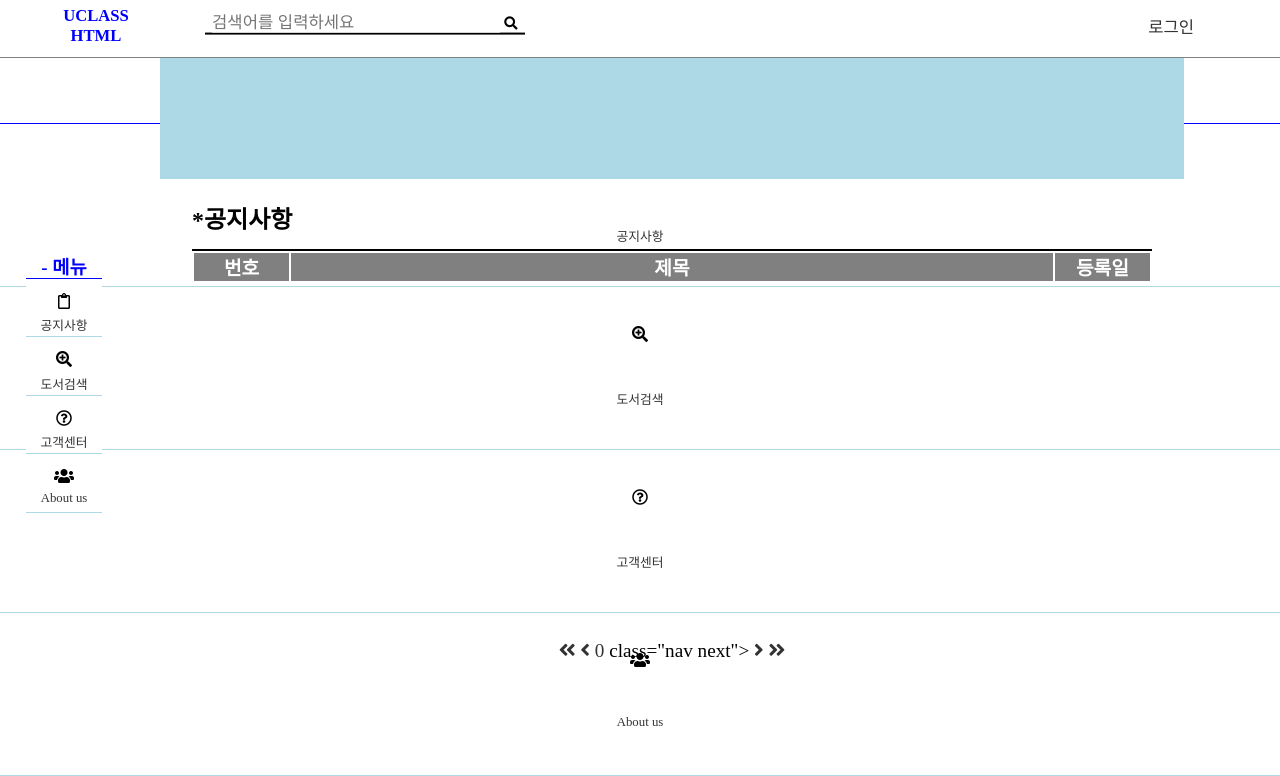
Repository: madhandz5/MyJavaPractice
Page: http://localhost/servletBM/WEB-INF/views/board/boardList.jsp
The author's editor kept a copy of each file at every save. The page is drawn from the files as they stood at one save, then again after the next save.
The browser window is 1280 px wide. The pictures show the whole page.
The page is served by Tomcat 9. Nobody is signed in. Other server files are loaded and not shown. The template is opened directly, without the code that normally fills it, so the values that code supplies are empty.

Above is the page before, as saved 2020-04-22 10:55:56.

### JS_HTML/servletBM/WebContent/WEB-INF/views/board/boardList.jsp
<%@ page language="java" contentType="text/html; charset=UTF-8"
	pageEncoding="UTF-8"%>
<%@ taglib prefix="c" uri="http://java.sun.com/jsp/jstl/core"%>

<!DOCTYPE html>
<html>
<head>
<meta charset="UTF-8">
<title>Insert title here</title>
<meta charset="UTF-8">
<link rel="stylesheet" href="resources/css/common.css" />
<link rel="stylesheet" href="resources/css/icon/all.css" />
<link rel="stylesheet" media="screen and (min-width: 1100px)"
	href="resources/css/Web.css" />
<title>Document</title>
<%@ include file="../include/header.jsp"%>
</head>
<body>
	<%@include file="../include/top.jsp"%>
	<%@include file="../include/floatDiv.jsp"%>
	<div class="content">
		<div class="topWrapper">
			<div class="top">
				<div class="topLogo">
					<b>UCLASS <br>HTML
					</b>
				</div>
				<div class="topSearchBar">
					<input Type="text" placeholder="검색어를 입력하세요">
					<button value="" class="">
						<i class="fas fa-search" style="color: black"></i>
					</button>
				</div>
				<div class="topLogin">
					<a href="login.html">로그인</a>
				</div>
			</div>
		</div>
		<div class="floatdiv">
			<!-- lnb -->
			<h3 class="subject">
				<span> - 메뉴</span>
			</h3>
			<ul class="fdlist">
				<!-- d1 -->
				<li class="d1"><i class="far fa-clipboard"></i> <a href="#!"><span>공지사항</span></a>
				</li>
				<li class="d1"><i class="fas fa-search-plus"></i> <a href="#!"><span>도서검색</span></a>
				</li>
				<li class="d1"><i class="far fa-question-circle"></i> <a
					href="#!"><span>고객센터</span></a></li>
				<li class="d1"><i class="fas fa-users"></i> <a href="#!"><span>About
							us</span></a></li>
			</ul>
			<!-- // d1 -->
		</div>
		<div class="Menu">
			<div class="MenuBox"></div>
		</div>
		<div class="notice">
			<h2>
				<span>*공지사항</span>
			</h2>

		</div>
		<div class="search-box">
			<table class="noticelist">
				<caption></caption>
				<thead>
					<tr>
						<th style="width: 10%; height: 20%;"><span>번호</span></th>
						<th style="width: 80%;"><span>제목</span></th>
						<th style="width: 10%;"><span>등록일</span></th>
					</tr>
				</thead>
				<tbody>
					<c:forEach items="${data.nData }" var="notice">
						<tr>
							<td class="num"><strong class="warning">${notice.noticeNo }</strong></td>
							<td class="subject"><a
								href="/servletBM/notice/noticedetail.do?noticeNo=${notice.noticeNo }">${notice.noticeTitle }
							</a></td>
							<td class="date">${notice.noticeDate }</td>
						</tr>
					</c:forEach>
				</tbody>
			</table>
			<div class="paging">
				<!-- section pagination -->
				<a href="/servletBM/notice/noticelist.do" class="nav first"><i
					class="fas fa-angle-double-left"></i></a> <a
					href="/servletBM/notice/noticelist.do?cPage=${data.paging.blockStart-1 }"
					class="nav prev"><i class="fas fa-angle-left"></i></a>
				<c:forEach begin="${data.paging.blockStart }"
					end="${data.paging.blockEnd }" var="page">
					<a href="/servletBM/notice/noticelist.do?cPage=${page}"
						class="num active"><span>${page }</span></a>
					class="nav next">

					</c:forEach>

				<a
					href="/servletBM/notice/noticelist.do?cPage=${data.paging.blockEnd+1 }"
					class="nav next"><i class="fas fa-angle-right"></i></a> <a
					href="/servletBM/notice/noticelist.do?cPage=${data.paging.lastPage }"
					"
					class="nav last"><i class="fas fa-angle-double-right"></i></a>
			</div>
			<!-- // section pagination -->

		</div>

	</div>
</body>
</html>

### JS_HTML/servletBM/WebContent/WEB-INF/views/include/header.jsp
<%@ page language="java" contentType="text/html; charset=UTF-8"
	pageEncoding="UTF-8"%>
<%@ taglib prefix="c" uri="http://java.sun.com/jsp/jstl/core"%>

<!DOCTYPE html PUBLIC "-//W3C//DTD HTML 4.01 Transitional//EN" "http://www.w3.org/TR/html4/loose.dtd">
<html>
<head>
<meta charset="UTF-8">
<!--viewport: 모바일브라우저에서 사용하는 가상의 window
  	데스크탑의 사이트를 모바일에 표시하려고 하면 좁은 모바일 화면에 사이트를 표시하려다 보니
  	요소들의 크기가 작아져 사용자가 사용하기 불편해진다. 확대해서 보든가 해야함...
  	이때 viewport메타태그를 이용하면 너비나 배율을 조정할 수 있다.
  	width: 넓이
  	initial-scale : 배율
  	웹환경에서는 무시되는 태그이다.
    -->
<meta name="viewport" content="width=device-width, initial-scale=2.0">
<link rel="stylesheet" href="/servletBM/resources/css/common.css" />
<!--
		orientation:portrait //단말기 세로방향
		orientation:landscape //단말기 가로방향

		min-aspect-ratio : 최소 화면 비율
		max-aspect-ratio : 최대 화면 비율

		브라우저화면상에서는 깨져서 나옴 ㅠㅠ 하지마셈
	 -->
<link rel="stylesheet" media="screen and (min-aspect-ratio:4/3) "
	href="/servletBM/resources/css/web.css" />
<link rel="stylesheet" media="screen and (max-aspect-ratio:4/3)"
	href="/servletBM/resources/css/Mob.css" />
<link rel="stylesheet" href="/servletBM/resources/css/icon/all.css" />

### JS_HTML/servletBM/WebContent/WEB-INF/views/include/top.jsp
<%@ page language="java" contentType="text/html; charset=UTF-8"
	pageEncoding="UTF-8"%>
<%@ taglib prefix="c" uri="http://java.sun.com/jsp/jstl/core"%>

<!DOCTYPE html PUBLIC "-//W3C//DTD HTML 4.01 Transitional//EN" "http://www.w3.org/TR/html4/loose.dtd">
<html>
<head>
<meta http-equiv="Content-Type" content="text/html; charset=UTF-8">
<title>Insert title here</title>
</head>
<body>
	<header class="topWrapper">
	<div class="top">
		<div class="topLogo">
			<b>UCLASS <br>HTML
			</b>
		</div>

		<div class="topSearchBar">
			<form action="<%=request.getContextPath()%>/book/booksearch.do">
				<input Type="text" name="searchBook" placeholder="검색어를 입력하세요">
				<button value="" class="">
					<i class="fas fa-search" style="color: black"></i>
				</button>
			</form>
		</div>

		<c:if test="${sessionScope.loginInfo == null }">
			<div class="topLogin">
				<a href="/servletBM/member/login.do">로그인</a> / <a
					href="/servletBM/member/join.do">회원가입</a>
			</div>
		</c:if>
		<c:if test="${sessionScope.loginInfo != null }">
			<div class="topLogin">
				<a href="/servletBM/mypage/mypage.do">${sessionScope.loginInfo.m_id }님
					환영합니다. MyPage</a> / <a href="/servletBM/member/logoutimple.do">Logout</a>
			</div>
		</c:if>
	</div>
	</header>
</body>
</html>

### JS_HTML/servletBM/WebContent/WEB-INF/views/include/floatDiv.jsp
<%@ page language="java" contentType="text/html; charset=UTF-8"
	pageEncoding="UTF-8"%>
<%@ taglib prefix="c" uri="http://java.sun.com/jsp/jstl/core"%>

<!DOCTYPE html PUBLIC "-//W3C//DTD HTML 4.01 Transitional//EN" "http://www.w3.org/TR/html4/loose.dtd">
<html>
<head>
<meta http-equiv="Content-Type" content="text/html; charset=UTF-8">
<title>Insert title here</title>
</head>
<body>
	<aside class="floatdivWrapper">
	<div class="floatdiv">
		<!-- lnb -->
		<h3 class="subject">
			<span> - 메뉴</span>
		</h3>
		<ul class="fdlist">
			<!-- d1 -->
			<li class="d1"><i class="far fa-clipboard"></i> <a
				href="/servletBM/notice/noticewrite.do"><span>공지사항</span></a></li>
			<li class="d1"><i class="fas fa-search-plus"></i> <a href="#!"><span>도서검색</span></a>
			</li>
			<li class="d1"><i class="far fa-question-circle"></i> <a
				href="#!"><span>고객센터</span></a></li>
			<li class="d1"><i class="fas fa-users"></i> <a href="#!"><span>About
						us</span></a></li>
		</ul>
		<!-- // d1 -->
	</div>
	</aside>

### JS_HTML/servletBM/WebContent/resources/css/common.css
	html,body{
		margin:0%;
		padding:0;
		height:100%;
	}

	h1, h2, h3, h4, h5, h6, dl, dt, dd, ul, li, ol, th, td, p, blockquote,form,fieldset, legend, input
	{
   		margin: 0;
    	padding: 0;
		border:none;
	}


	/* reset */
	body,div,dl,dt,dd,ul,ol,li,h1,h2,h3,h4,h5,h6,pre,code,form,fieldset
	,legend,textarea,p,blockquote,th,td,input,select,textarea,button,nav,section,footer,aside
	{margin:0;padding:0; position:relative;}
	fieldset,img {border:0 none}
	dl,ul,ol,menu,li {list-style:none}
	blockquote, q {quotes: none}
	blockquote:before, blockquote:after,q:before, q:after {content:'';content:none}
	input,select,textarea,button {vertical-align:middle}
	button {border:0 none;background-color:transparent;cursor:pointer; outline: 0; }
	a {color:#333;text-decoration:none;}
	a:active, a:hover {text-decoration:none;}
	address,caption,cite,code,dfn,em,var {font-style:normal;font-weight:normal}

	form{width:100%; height:100%;}

	div{
		color: black;
		text-align: center;
		box-sizing: border-box;
	/* 	box-shadow:
			1px 0 0 0 grey,
			0 1px 0 0 grey,
			1px 1px 0 0 grey,
			1px 0 0 0 grey inset,
			0 1px 0 0 grey inset;	  */
	}

	.topWrapper{
		top:0%;
		height:8%;
		width:100%;
		position:fixed;
		z-index:999;
	}

	.top{
		position:absolute;
		top:0%;
		width:100%;
		height: 100%;
		overflow: hidden;
		z-index:1;
		background-color: white;
		font-size:1.3vw;
		margin-right: 1%;
		border-bottom:1px solid grey;
	}

	.top .topLogo{
		top:10%;
		width: 15%;
		height:100%;
		float:left;
		color:blue;
	}

	.top .topSearchBar{
		width: 25%;
		float:left;
		transform: translateY(50%);
		margin-left:1%;
		border-bottom:2px solid;
		min-width:100px;
	}

	.topSearchBar input[type=text]{
		width: 90%;
		height:90%;
		font-size:1.3vw;
	}

	.top .topLogin{
		float: right;
		width: 15%;
		height:50%;
		margin-right:1%;
		transform: translateY(50%);
	}

	.top .topLogOut{
		float: right;
		width: 22%;
		height:50%;
		margin-right:1%;
		transform: translateY(50%);
	}

### JS_HTML/servletBM/WebContent/resources/css/web.css
	.content{
		height:100%;
		width:100%;
	}

	.floatdivWrapper{
		position:fixed;
		width:6%;
		padding-top:20%;
		left:2%; /* 창에서 오른쪽 길이 */
		top:35%; /* 창에서 위에서 부터의 길이 */
		z-index:999;

	}

	.floatdiv{
		position:absolute;
		width:100%;
		height:100%;
		background-color:white;
		top:0%;
	}

	.floatdiv h3{
		width:100%;
		height:10%;
		color:blue;
		border-bottom:1px solid blue;
	}

	.floatdiv ul{
		width:100%;
		height:90%;
		padding:0%;
	}

	.floatdiv .d1{
		width:100%;
		height:25%;
		border-bottom:1px solid lightblue;
	}

	.d1 i{
		display:block;
		transform:translateY(40%);
		height:60%;
	}

	.d1 a{
		display:block;
		transform:translateY(10%);
		height:30%;
		font-size:1vw;

	}

	.floatdiv li:hover {
		background-color:lightblue;
	}

	.middle{
		width : 100%;
		top:8%;
		padding-top:40%;
		background-image : url('../image/mainBanner.jpg');
		background-repeat: no-repeat;
		background-size: cover;
	}

	.siteTitleWrapper{
		position:absolute;
		width:60%;
		padding-top:25%;
		float:left;
		left: 20%;
		top:20%;
	}

	.sitetitle{
		height:30%;
		font-size : 5vw;
		transform: translateY(100%);
	}

	.siteTitle{
		position:absolute;
		width:100%;
		height:100%;
		background-color: rgba( 255, 255, 255, 0.5);
		float:left;
		top:0%;
	}

	.search{
		width:100%;
		height:12%;
		transform: translateY(300%);
		background-color:white ;
		overflow:hidden;
	}

	.search input[type=text]{
		float:left;
		height:100%;
		width: 70%;
		font-size:1.5vw;
		margin-left:1%;
		padding:0;

	}

	.searchButton{
		float:left;
		width:20%;
		height:100%;
		font-size:1.5vw;
		background-color:red;
		color:white;
	}

	.searchButton p{
		height:50%;
		transform: translateY(50%);
		font-weight: bold;
	}

	.searchIcon{
		float:left;
		width:5%;
		height:50%;
		transform: translateY(40%);
		font-size:2vw;
		outline: 0;
	}

	.searchIcon i{
		height:50%;
	}

	.planShop{
		position:realtive;
		color: white;
		width: 80%;
		padding-bottom:15%;
		margin:0 auto;
	}

	.planShopMenu{
		position:absolute;
		background-color:lightblue;
		width:100%;
		height:100%;
	}

	.planShopMenu div{
		width: 20%;
		margin-left:2%;
		height: 100%;
		display:inline-block;
		font-size:1.5vw;
	}

	.planShopMenu i{
		font-size:8vw;
		margin-top:15%;
	}

	.product{
		height:auto;
		width:80%;
		top:1%;
		margin:0 auto;
	}

	.productWrapper{
		width:100%;
		padding-top:120%;
	}

	.productBox{
		position:absolute;
		height:100%;
		width:100%;
		top: 0;
		left: 0;
	}

	.issueTitle{
		width : 100%;
		height : 4%;
		background-color:blue;
		font-size:2vw;
		font-weight:bold;
		color:white;
	}

	.productLine{
		overflow: hidden;
		height:19%;
		margin-top:1%;
		margin-bottom:1%;
	}
	.productItem{
		float:left;
		width:17%;
		left:10%;
		height:100%;
		margin-left:3%;
	}

	.bookImg{
		height:80%;
		width:100%;
	}

	.bookImg img{
		max-width:100%;
		min-width:100%;
		max-height:100%;
		min-height:100%;
		box-shadow: 2px 2px 5px black;
	}

	.bookTitle{
		margin-top:4%;
		font-size:1vw;
		font-weight:bold;
		height:20%;
	}

	.bottom{
		background-color: lightgrey;
		color: white;
		height:20%;
	}


	/* Login */

	.wrap{

		width:100%;
		height:100%;
		background-image:url('../image/loginCover.jpg');
		background-size:cover;
	}

	.memberBox{

		padding-top:30%;
		width:30%;
		left:35%;
		top:50%;
		transform:translateY(-50%);
	}

	.login{
		position:absolute;
		top:0%;
		width:100%;
		height:100%;
		font-size:2vw;
		background-color:white;
		border:2px white;
		border-radius:20px;
	}

	.loginText{
	    border-bottom: 2px solid lightgreen;
	    width:70%;
	    margin-bottom:5%;
	    font-size:1.5vw;
	}

	.login p{
		font-weight:bold;
		margin-top:10%;
		margin-bottom:5%;

	}

	.login .btn{

		display:block;
		width:60%;
		height:10%;
		background-color:red;
		border:2px red;
		border-radius:6px;
		transform: translateX(33%);
	}

	.login .checkMsg{

		display:block;
		background-color:red;
		font-size:1vw;
		color:white;

	}

	.login button{
		color:white;
		font-size:1.5vw;
		top:0%;
		left:0%;
	}

	/* board  */

	.Menu{

		overflow: hidden;
		color: white;
		width: 100%;
		padding-bottom:10%;
		margin-top:4%;
	}

	.MenuBox{
		position:absolute;
		background-color:lightblue;
		width:80%;
		height:100%;
		left:12.5%;
	}

	.notice{

		text-align: left;
		width:75%;
		height:10%;
		left:15%;
		border-bottom:2px solid;
	}

	.notice h2{

		top:50%;
		transform:translateY(-50%);
		height:40%;
	}

	.search-box{

		width:75%;
		left:15%;
		height:60%;
	}

	.noticelist{
		width:100%;
		height:90%;
	}

	.noticelist th{
		 font-size: 1.5vw;
		 background-color: grey;
		 color:white;
	}

	.noticelist td{
		  border-bottom: 1px solid lightgrey;
	}

	.paging{
		height:10%;
		font-size:1.5vw;
	}

	.notice-detail{

		text-align: left;
		width:75%;
		height:50%;
		left:15%;
	}

	.notice-title{
		width:100%;
		height:15%;

		text-align: left;
		font-size:1.5vw;
		padding:1% 0 1% 0;
		border-bottom:2px solid;
	}

	.info{
		width:100%;
		height:10%;

		float:left;
		text-align: left;
		border-bottom:1px solid;
	}

	.info span{
		width:50%;
		height:50%;

		float:left;
		transform:translateY(50%);
	}

	.more{
		width:50%;
		height:10%;

		float:right;
		text-align: right;
	}

	.text{
		text-align: left;
		height:65%;
		width:100%;
		margin-top:5%;
		border-bottom:1px solid;
	}

	.section-button{
		margin-top:1%;
		width:7%;
		height:10%;
		float:right;
		background-color:black;
	}

	.section-button a{
		display:block;
		width:100%;
		height:50%;
		transform:translateY(50%);
		font-size:1vw;
		font-weight:border;
		color:white;
	}

	.bookUse{
		overflow:hidden;
		width:90%;
		left:3%;
		transform:translateY(-600%);
		position:absolute;
		display:none;
	}

	.bookUse div{
		float:left;
		width:50%;
	}

	.bookUse div a{
		font-size:1.5vw;
		color:white;
	    font-weight: bolder;
	    background-color:black;
	}

	.bdWrapper{
		overflow:hidden;
		width:70%;
		left:30%;
	}


	.bookimg{
		float:left;
		width:30%;
	}

	.bookinfo{
		float:left;
		width:70%;
	}

### JS_HTML/servletBM/WebContent/resources/css/Mob.css
	.content{
		height:100%;
		width:100%;
	}

	.floatdiv{
		position:fixed;
		display:none;
		width:6%;
		height:40%;
		left:2%; /* 창에서 오른쪽 길이 */
		top:45%; /* 창에서 위에서 부터의 길이 */
		background-color:green;
	}

	.middle{
		background-color: lightgrey;
		color: white;
		width : 100%;
		padding-top:40%;
		background-image : url('../image/loginCover.jpg');
		background-repeat: no-repeat;
		background-size: cover;
	}

	.siteTitleWrapper{
		position:absolute;
		width:60%;
		padding-top:25%;
		float:left;
		left: 20%;
		top:20%;
	}


	.sitetitle{
		height:30%;
		font-size : 5vw;
		transform: translateY(100%);
	}

	.siteTitle{
		position:absolute;
		width:100%;
		height:100%;
		background-color: rgba( 255, 255, 255, 0.5);
		float:left;
		top:0%;
	}

	.search{
		width:100%;
		height:12%;
		transform: translateY(300%);
		background-color:white ;
		border-bottom:2px solid;

	}

	.search input[type=text]{
		height:100%;
		width: 70%;
		font-size:1.5vw;
		margin-left:1%;
		padding:0;
		float:left;
	}

	.searchButton{
		width:20%;
		height:100%;
		font-size:1.5vw;
		background-color:red;
		color:white;
		float:left;
		overflow:hidden;
	}

	.searchButton p{
		height:50%;
		transform: translateY(50%);
		font-weight: bold;
	}

	.searchIcon{
		float:left;
		width:5%;
		height:50%;
		transform: translateY(40%);
		font-size:2vw;
		outline: 0;
	}

	.searchIcon i{
		height:50%;
	}

	.planShop{
		overflow: hidden;
		color: white;
		width: 80%;
		padding-bottom:15%;
		margin:0 auto;
		transform: translateY(-20%);
	}

	.planShopMenu{
		position:absolute;
		background-color:lightblue;
		width:100%;
		height:100%;
	}

	.planShopMenu div{
		width: 20%;
		margin-left:2%;
		height: 100%;
		display:inline-block;
		overflow:hidden;
		font-size:1.5vw;
	}

	.planShopMenu i{
		font-size:8vw;
		margin-top:15%;
	}


	.product{
		height:auto;
		width:80%;
		margin:0 auto;
	}

	.productWrapper{
		width:100%;
		padding-top:430%;
	}

	.productBox{
		position:absolute;
		height:100%;
		width:100%;
		top: 0;
		left: 0;
	}

	.issueTitle{
		width : 100%;
		margin-top:1%;
		height : 1%;
		background-color:blue;
		font-size:2vw;
		font-weight:bold;
		color:white;
	}

	.productLine{
		overflow: hidden;
		height:23%;
		margin-top:1%;
		margin-bottom:1%;
	}

	.productItem{
		float:left;
		width:38%;
		left:9%;
		height:50%;
		margin-left:2%;
	}

	.bookImg{
		height:80%;
		width:100%;
	}

	.bookImg img{
		max-width:100%;
		min-width:100%;
		max-height:100%;
		min-height:100%;
		box-shadow: 2px 2px 5px black;
	}

	.bookTitle{
		margin-top:4%;
		font-size:1vw;
		font-weight:bold;
		height:20%;
	}

	.bottom{
		background-color: lightgrey;
		color: white;
		height:20%;
	}

	.bookUse{
		overflow:hidden;
		width:90%;
		left:3%;
		transform:translateY(-600%);
		position:absolute;
		display:none;
	}

	.bookUse div{
		float:left;
		width:50%;
	}

	.bookUse div a{
		font-size:1.5vw;
		color:white;
	    font-weight: bolder;
	    background-color:black;
	}

	.bdWrapper{
		overflow:hidden;
		width:70%;
		left:30%;
	}


	.bookimg{
		float:left;
		width:30%;
	}

	.bookinfo{
		float:left;
		width:70%;
	}

Loaded but not shown: JS_HTML/servletBM/WebContent/resources/css/icon/all.css (library)

After the next save:
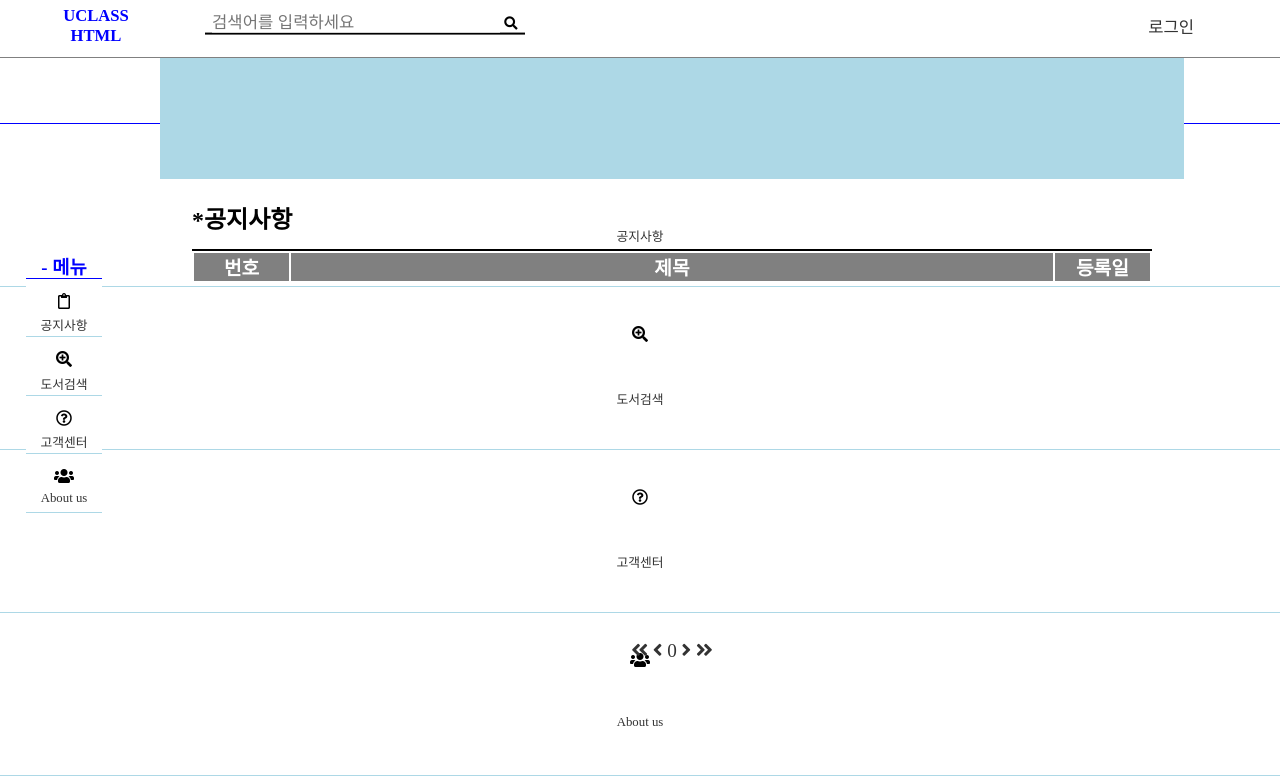
Saved 9 s later.
--- a/JS_HTML/servletBM/WebContent/WEB-INF/views/board/boardList.jsp
+++ b/JS_HTML/servletBM/WebContent/WEB-INF/views/board/boardList.jsp
@@ -95,9 +95,8 @@
 					end="${data.paging.blockEnd }" var="page">
 					<a href="/servletBM/notice/noticelist.do?cPage=${page}"
 						class="num active"><span>${page }</span></a>
-					class="nav next">
 
-					</c:forEach>
+				</c:forEach>
 
 				<a
 					href="/servletBM/notice/noticelist.do?cPage=${data.paging.blockEnd+1 }"
